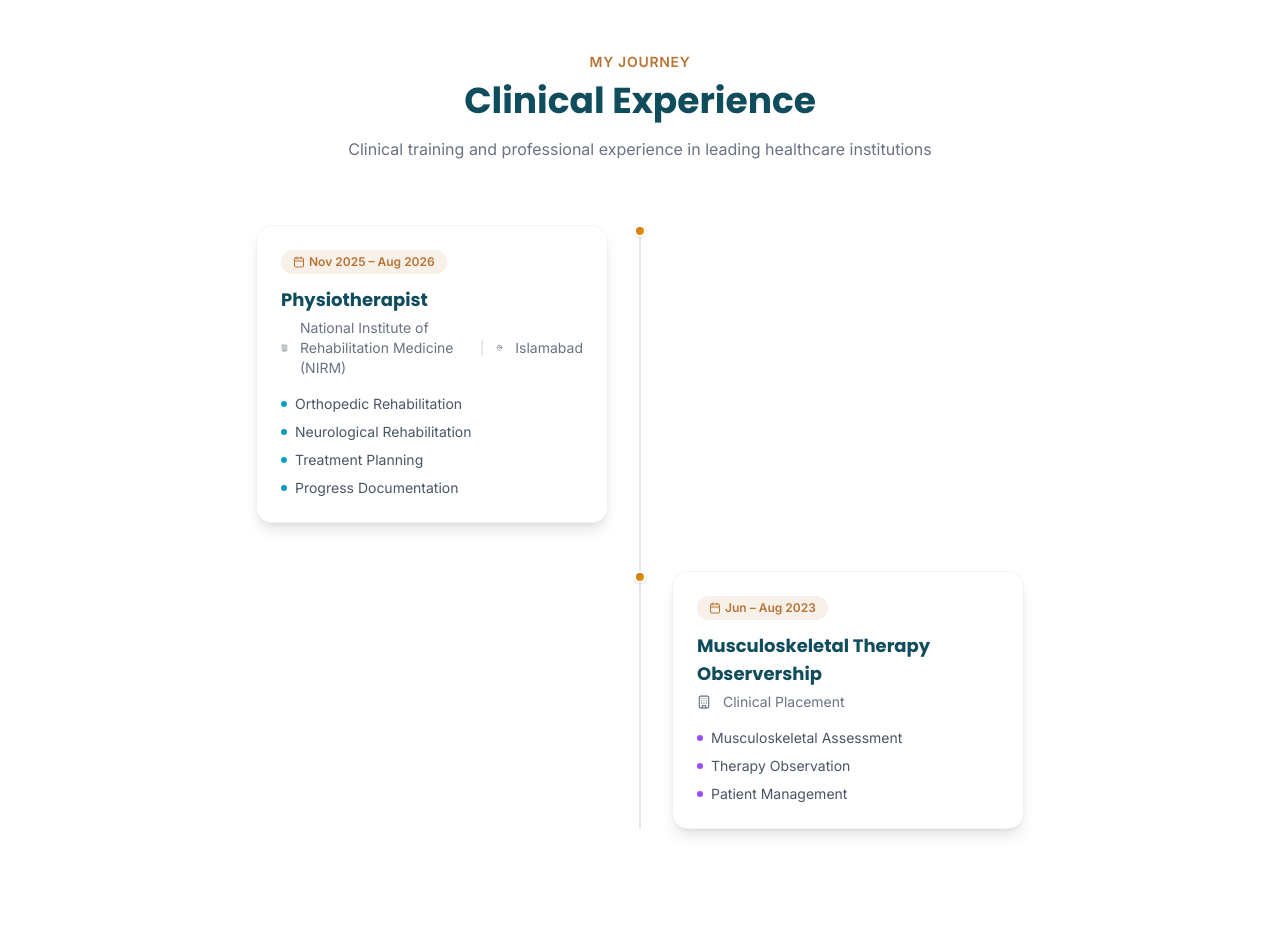
Repository: DaniGull01/dr_ghazala_mushtaq
Page: /
The author's editor kept a copy of each file at every save. The page is drawn from the files as they stood at one save, then again after the next save.
The browser window is 1280 px wide. The pictures show the part of the page from y = 1793 to 2745 px (the page is 12427 px tall before and 12761 px after).
The project was rebuilt for these pictures with package versions that can differ from the ones it lists, and the page was loaded fresh each time. Also part of the build but not shown: vite.config.js.

Above is the page before, as saved 2026-10-21 19:24:58.

### index.html
<!doctype html>
<html lang="en">
  <head>
    <meta charset="UTF-8" />
    <link rel="icon" type="image/svg+xml" href="/vite.svg" />
    <meta name="viewport" content="width=device-width, initial-scale=1.0" />
    <meta name="description" content="Dr. Ghazala Mushtaq - Doctor of Physical Therapy (DPT). Specializing in musculoskeletal, orthopedic, neurological and pediatric rehabilitation." />
    <meta name="keywords" content="physiotherapist, physical therapy, DPT, rehabilitation, Islamabad, Rawalpindi" />
    <link rel="preconnect" href="https://fonts.googleapis.com" />
    <link rel="preconnect" href="https://fonts.gstatic.com" crossorigin />
    <link href="https://fonts.googleapis.com/css2?family=Inter:wght@300;400;500;600;700&family=Poppins:wght@400;500;600;700;800&display=swap" rel="stylesheet" />
    <title>Dr. Ghazala Mushtaq | Doctor of Physical Therapy</title>
  </head>
  <body>
    <div id="root"></div>
    <script type="module" src="/src/main.jsx"></script>
  </body>
</html>

### src/App.jsx
import Navbar from './components/Navbar'
import Hero from './components/Hero'
import About from './components/About'
import Expertise from './components/Expertise'
import Services from './components/Services'
import Experience from './components/Experience'
import Certifications from './components/Certifications'
import Research from './components/Research'
import Skills from './components/Skills'
import Achievements from './components/Achievements'
import WhyChooseMe from './components/WhyChooseMe'
import CTA from './components/CTA'
import Contact from './components/Contact'
import Footer from './components/Footer'
import Reviews from './components/Reviews'

export default function App() {
  return (
    <div className="min-h-screen bg-white">
      <Navbar />
      <Hero />
      <About />
      <Experience />
      <Expertise />
      <Services />

      <Certifications />
      <Research />
      <Skills />
      <Achievements />
      <WhyChooseMe />
       <Reviews/>
      <CTA />
      <Contact />
      <Footer />
    </div>
  )
}

### src/index.css
@import "tailwindcss";

@theme {
  --color-deep-teal: #0F4C5C;
  --color-medical-blue: #2E86AB;
  --color-warm-copper: #B87333;
  --color-light-cream: #F8F5F0;
  --color-soft-gray: #6B7280;

  --font-heading: 'Poppins', sans-serif;
  --font-body: 'Inter', sans-serif;
}

html {
  scroll-behavior: smooth;
}

body {
  font-family: var(--font-body);
  color: #1f2937;
}

::-webkit-scrollbar {
  width: 8px;
}

::-webkit-scrollbar-track {
  background: #f1f1f1;
}

::-webkit-scrollbar-thumb {
  background: var(--color-medical-blue);
  border-radius: 4px;
}

::selection {
  background: var(--color-medical-blue);
  color: white;
}

### src/components/About.jsx
import { motion } from 'framer-motion'
import { Quote } from 'lucide-react'

const fadeUp = {
  hidden: { opacity: 0, y: 40 },
  visible: { opacity: 1, y: 0 },
}

export default function About() {
  return (
    <section id="about" className="py-20 lg:py-28 bg-light-cream">
      <div className="max-w-7xl mx-auto px-4 sm:px-6 lg:px-8">
        <div className="grid lg:grid-cols-2 gap-12 lg:gap-16 items-center">
          {/* Left - Image Placeholder */}
          <motion.div
            initial="hidden"
            whileInView="visible"
            viewport={{ once: true, margin: '-100px' }}
            variants={fadeUp}
            transition={{ duration: 0.6 }}
            className="relative"
          >
            <div className="relative rounded-3xl overflow-hidden shadow-2xl">
              <div className="w-full h-[500px]">
                <img
                  src="./1000512109.jpg"
                  alt="Dr. Ghazala Mushtaq"
                  className="w-full h-full object-contain"
                />
                {/* Gradient overlay */}

              </div>
            </div>
            {/* Decorative elements */}
            <div className="absolute -bottom-4 -right-4 w-24 h-24 border-2 border-warm-copper/30 rounded-2xl -z-10" />
            <div className="absolute -top-4 -left-4 w-24 h-24 bg-warm-copper/10 rounded-2xl -z-10" />
          </motion.div>

          {/* Right - Content */}
          <motion.div
            initial="hidden"
            whileInView="visible"
            viewport={{ once: true, margin: '-100px' }}
            variants={fadeUp}
            transition={{ duration: 0.6, delay: 0.2 }}
          >
            <span className="text-warm-copper font-semibold text-sm tracking-wider uppercase">About Doctor</span>
            <h2 className="text-3xl lg:text-4xl font-heading font-bold text-deep-teal mt-2 mb-6">
              Meet Dr. Ghazala Mushtaq
            </h2>
            <p className="text-gray-600 leading-relaxed mb-6">
             Dr. Ghazala Mushtaq is a Doctor of Physical Therapy (DPT) and Consultant Physiotherapist dedicated to providing patient-centered physiotherapy and rehabilitation services. She focuses on helping individuals improve mobility, manage pain, restore physical function, and enhance their quality of life through individualized rehabilitation plans and evidence-informed clinical care.
            </p>
            <p className="text-gray-600 leading-relaxed mb-8">
              She has professional experience in hospital-based physiotherapy and clinical practice, along with specialized training in dry needling and cupping therapy. Her approach emphasizes appropriate assessment, personalized treatment, patient education, and functional recovery.
            </p>

            <div className="grid grid-cols-2 gap-4">
              {[
                'Musculoskeletal Rehabilitation',
                'Orthopedic Rehabilitation',
                'Pediatric Rehabilitation',
                'Neurological Rehabilitation',
                'Post-Operative Care',
                'Pain Management',
              ].map((item, i) => (
                <motion.div
                  key={item}
                  initial={{ opacity: 0, x: -20 }}
                  whileInView={{ opacity: 1, x: 0 }}
                  viewport={{ once: true }}
                  transition={{ delay: 0.3 + i * 0.1 }}
                  className="flex items-center gap-2 text-gray-700"
                >
                  <div className="w-2 h-2 rounded-full bg-warm-copper flex-shrink-0" />
                  <span className="text-sm">{item}</span>
                </motion.div>
              ))}
            </div>
          </motion.div>
        </div>
      </div>
    </section>
  )
}

### src/components/Experience.jsx
import { motion } from 'framer-motion'
import { MapPin, Calendar, Building } from 'lucide-react'

const experiences = [

  {
    period: 'Nov 2025 – Aug 2026',
    title: 'Physiotherapist',
    org: 'National Institute of Rehabilitation Medicine (NIRM)',
    location: 'Islamabad',
    color: 'from-medical-blue to-cyan-500',
    items: [
      'Orthopedic Rehabilitation',
      'Neurological Rehabilitation',
      'Treatment Planning',
      'Progress Documentation',
    ],
  },

  {
    period: 'Jun – Aug 2023',
    title: 'Musculoskeletal Therapy Observership',
    org: 'Clinical Placement',
    location: '',
    color: 'from-purple-500 to-violet-500',
    items: [
      'Musculoskeletal Assessment',
      'Therapy Observation',
      'Patient Management',
    ],
  },
]

export default function Experience() {
  return (
    <section id="experience" className="py-20 lg:py-28 bg-white">
      <div className="max-w-7xl mx-auto px-4 sm:px-6 lg:px-8">
        <motion.div
          initial={{ opacity: 0, y: 30 }}
          whileInView={{ opacity: 1, y: 0 }}
          viewport={{ once: true }}
          transition={{ duration: 0.6 }}
          className="text-center mb-16"
        >
          <span className="text-warm-copper font-semibold text-sm tracking-wider uppercase">My Journey</span>
          <h2 className="text-3xl lg:text-4xl font-heading font-bold text-deep-teal mt-2">
            Clinical Experience
          </h2>
          <p className="text-gray-500 mt-4 max-w-2xl mx-auto">
            Clinical training and professional experience in leading healthcare institutions
          </p>
        </motion.div>

        <div className="relative max-w-3xl mx-auto">
          {/* Vertical Line */}
          <div className="absolute left-0 md:left-1/2 top-0 bottom-0 w-0.5 bg-gray-200 md:-translate-x-px" />

          {experiences.map((exp, index) => (
            <motion.div
              key={exp.title}
              initial={{ opacity: 0, x: index % 2 === 0 ? -40 : 40 }}
              whileInView={{ opacity: 1, x: 0 }}
              viewport={{ once: true, margin: '-50px' }}
              transition={{ duration: 0.6, delay: index * 0.1 }}
              className={`relative flex flex-col md:flex-row gap-6 md:gap-12 mb-12 last:mb-0 ${
                index % 2 === 0 ? 'md:flex-row' : 'md:flex-row-reverse'
              }`}
            >
              {/* Timeline Dot */}
              <div className="absolute left-[-5px] md:left-1/2 md:-translate-x-1/2 w-3 h-3 rounded-full bg-gradient-to-br from-warm-copper to-amber-500 border-2 border-white shadow z-10" />

              {/* Content Card */}
              <div className={`ml-8 md:ml-0 md:w-1/2 ${index % 2 === 0 ? 'md:pr-8' : 'md:pl-8'}`}>
                <div className="bg-white rounded-2xl p-6 shadow-lg hover:shadow-xl transition-all duration-300 border border-gray-100">
                  <span className="inline-flex items-center gap-1 text-xs font-semibold text-warm-copper bg-warm-copper/10 px-3 py-1 rounded-full mb-3">
                    <Calendar size={12} />
                    {exp.period}
                  </span>
                  <h3 className="text-lg font-heading font-bold text-deep-teal mb-1">{exp.title}</h3>
                  <div className="flex items-center gap-3 text-gray-500 text-sm mb-4">
                    <Building size={14} />
                    <span>{exp.org}</span>
                    {exp.location && (
                      <>
                        <span className="text-gray-300">|</span>
                        <MapPin size={14} />
                        <span>{exp.location}</span>
                      </>
                    )}
                  </div>
                  <ul className="space-y-2">
                    {exp.items.map((item) => (
                      <li key={item} className="flex items-center gap-2 text-gray-600 text-sm">
                        <div className={`w-1.5 h-1.5 rounded-full bg-gradient-to-br ${exp.color} flex-shrink-0`} />
                        {item}
                      </li>
                    ))}
                  </ul>
                </div>
              </div>
            </motion.div>
          ))}
        </div>
      </div>
    </section>
  )
}

### src/components/Skills.jsx
import { motion } from 'framer-motion'
import { useInView } from 'framer-motion'
import { useRef } from 'react'

const skills = [
  { name: 'Patient Assessment', level: 95 },
  { name: 'Manual Therapy', level: 92 },
  { name: 'Musculoskeletal Rehabilitation', level: 93 },
  { name: 'Orthopedic Rehabilitation', level: 90 },
  { name: 'Neurological Rehabilitation', level: 85 },
  { name: 'Dry Needling', level: 88 },
  { name: 'Cupping Therapy', level: 90 },
  { name: 'Electrotherapy', level: 87 },
  { name: 'Pain Management', level: 91 },
  { name: 'Documentation & Reporting', level: 89 },
]

function SkillBar({ name, level, index }) {
  const ref = useRef(null)
  const isInView = useInView(ref, { once: true, margin: '-50px' })

  return (
    <div ref={ref} className="space-y-2">
      <div className="flex justify-between items-center">
        <span className="text-sm font-medium text-gray-700">{name}</span>
        <span className="text-xs font-bold text-medical-blue">{level}%</span>
      </div>
      <div className="w-full h-2.5 bg-gray-100 rounded-full overflow-hidden">
        <motion.div
          initial={{ width: 0 }}
          animate={isInView ? { width: `${level}%` } : { width: 0 }}
          transition={{ duration: 1, delay: index * 0.1, ease: 'easeOut' }}
          className="h-full rounded-full bg-gradient-to-r from-medical-blue to-deep-teal"
        />
      </div>
    </div>
  )
}

export default function Skills() {
  return (
    <section id="skills" className="py-20 lg:py-28 bg-light-cream">
      <div className="max-w-7xl mx-auto px-4 sm:px-6 lg:px-8">
        <motion.div
          initial={{ opacity: 0, y: 30 }}
          whileInView={{ opacity: 1, y: 0 }}
          viewport={{ once: true }}
          transition={{ duration: 0.6 }}
          className="text-center mb-16"
        >
          <span className="text-warm-copper font-semibold text-sm tracking-wider uppercase">Proficiencies</span>
          <h2 className="text-3xl lg:text-4xl font-heading font-bold text-deep-teal mt-2">
            Professional Skills
          </h2>
          <p className="text-gray-500 mt-4 max-w-2xl mx-auto">
            Clinical competencies developed through rigorous training and practice
          </p>
        </motion.div>

        <div className="grid lg:grid-cols-5 gap-8 items-center max-w-5xl mx-auto">
          {/* Skills Bars */}
          <div className="lg:col-span-3">
            <div className="grid sm:grid-cols-2 gap-x-12 gap-y-6">
              {skills.map((skill, index) => (
                <SkillBar key={skill.name} name={skill.name} level={skill.level} index={index} />
              ))}
            </div>
          </div>

          {/* Image */}
          <motion.div
            initial={{ opacity: 0, x: 30 }}
            whileInView={{ opacity: 1, x: 0 }}
            viewport={{ once: true }}
            transition={{ duration: 0.6, delay: 0.3 }}
            className="lg:col-span-2"
          >
            <div className="relative rounded-3xl overflow-hidden shadow-xl">
              <img
                src="https://images.unsplash.com/photo-1579684385127-1ef15d508118?w=500&q=80"
                alt="Physiotherapy practice"
                className="w-full h-72 lg:h-96 object-cover"
                loading="lazy"
              />
              <div className="absolute inset-0 bg-gradient-to-t from-deep-teal/50 via-transparent to-transparent" />
              <div className="absolute bottom-6 left-6 right-6">
                <p className="text-white font-heading font-semibold text-lg">Comprehensive Care</p>
                <p className="text-white/80 text-sm">Evidence-based techniques for every condition</p>
              </div>
            </div>
          </motion.div>
        </div>
      </div>
    </section>
  )
}

### src/components/CTA.jsx
import { motion } from 'framer-motion'
import { Calendar, MessageCircle } from 'lucide-react'

export default function CTA() {
  return (
    <section className="relative py-24 lg:py-32 overflow-hidden">
      {/* Background */}
      <div className="absolute inset-0 bg-gradient-to-br from-deep-teal via-deep-teal to-medical-blue" />

      {/* Medical Background Image */}
      <div
        className="absolute inset-0 opacity-10"
        style={{
          backgroundImage: "url('https://images.unsplash.com/photo-1576091160399-112ba8d25d1d?w=1920&q=80')",
          backgroundSize: 'cover',
          backgroundPosition: 'center',
        }}
      />

      {/* Abstract Medical Shapes */}
      <div className="absolute inset-0 opacity-10">
        <div className="absolute top-10 left-10 w-64 h-64 border border-white/30 rounded-full" />
        <div className="absolute bottom-10 right-10 w-80 h-80 border border-white/20 rounded-full" />
        <div className="absolute top-1/2 left-1/2 -translate-x-1/2 -translate-y-1/2 w-96 h-96 border border-white/10 rounded-full" />
        <div className="absolute top-20 right-20 w-48 h-48 bg-white/10 rounded-full blur-3xl" />
        <div className="absolute bottom-20 left-20 w-56 h-56 bg-warm-copper/20 rounded-full blur-3xl" />
        {/* Cross/plus medical symbols */}
        <div className="absolute top-1/4 left-1/4 text-white/20 text-6xl font-light">+</div>
        <div className="absolute bottom-1/4 right-1/4 text-white/20 text-6xl font-light">+</div>
      </div>

      <div className="relative max-w-4xl mx-auto px-4 sm:px-6 lg:px-8 text-center">
        <motion.div
          initial={{ opacity: 0, y: 30 }}
          whileInView={{ opacity: 1, y: 0 }}
          viewport={{ once: true }}
          transition={{ duration: 0.6 }}
        >
          <h2 className="text-3xl sm:text-4xl lg:text-5xl font-heading font-bold text-white mb-6 leading-tight">
            Start Your Recovery Journey Today
          </h2>
          <p className="text-gray-200 text-lg max-w-2xl mx-auto mb-10 leading-relaxed">
            Take the first step toward a pain-free, active lifestyle. Book your consultation now and experience personalized physiotherapy care.
          </p>
          <div className="flex flex-wrap justify-center gap-4">
            <a
              href="#contact"
              className="inline-flex items-center gap-2 bg-warm-copper hover:bg-warm-copper/90 text-white px-8 py-3.5 rounded-full font-semibold text-base transition-all hover:shadow-xl hover:shadow-warm-copper/30"
            >
              <Calendar size={18} />
              Book Appointment
            </a>
            <a
              href="https://wa.me/923188910400"
              target="_blank"
              rel="noopener noreferrer"
              className="inline-flex items-center gap-2 bg-white/10 hover:bg-white/20 text-white px-8 py-3.5 rounded-full font-semibold text-base transition-all border border-white/30"
            >
              <MessageCircle size={18} />
              WhatsApp Consultation
            </a>
          </div>
        </motion.div>
      </div>
    </section>
  )
}

### src/components/Reviews.jsx
import { motion } from 'framer-motion'
import ReviewsList from './ReviewsList'
import ReviewForm from './ReviewForm'

export default function Reviews() {
  return (
    <section id="reviews" className="py-20 lg:py-28 bg-light-cream">
      <div className="max-w-7xl mx-auto px-4 sm:px-6 lg:px-8">
        <motion.div
          initial={{ opacity: 0, y: 30 }}
          whileInView={{ opacity: 1, y: 0 }}
          viewport={{ once: true }}
          transition={{ duration: 0.6 }}
          className="text-center mb-16"
        >
          <span className="text-warm-copper font-semibold text-sm tracking-wider uppercase">
            Patient Feedback
          </span>
          <h2 className="text-3xl lg:text-4xl font-heading font-bold text-deep-teal mt-2">
            What Patients Say
          </h2>
          <p className="text-gray-500 mt-4 max-w-2xl mx-auto">
            Real experiences from people who've completed treatment
          </p>
        </motion.div>

        <div className="grid lg:grid-cols-5 gap-8 items-start">
          {/* Reviews take more visual weight — social proof first */}
          <div className="lg:col-span-3">
            <ReviewsList />
          </div>
          <div className="lg:col-span-2 lg:sticky lg:top-24">
            <ReviewForm />
          </div>
        </div>
      </div>
    </section>
  )
}

Loaded but not shown: src/main.jsx (common file); src/components/Contact.jsx (258 lines, source omitted); src/components/Services.jsx (236 lines, source omitted); src/components/ReviewsList.jsx (208 lines, source omitted); src/components/ReviewForm.jsx (196 lines, source omitted); src/components/Hero.jsx (137 lines, source omitted); src/components/Navbar.jsx (142 lines, source omitted); src/components/Expertise.jsx (134 lines, source omitted); src/components/Achievements.jsx (101 lines, source omitted); src/components/Footer.jsx (106 lines, source omitted); src/components/Certifications.jsx (111 lines, source omitted); src/components/Research.jsx (82 lines, source omitted); src/components/WhyChooseMe.jsx (90 lines, source omitted)

After the next save:
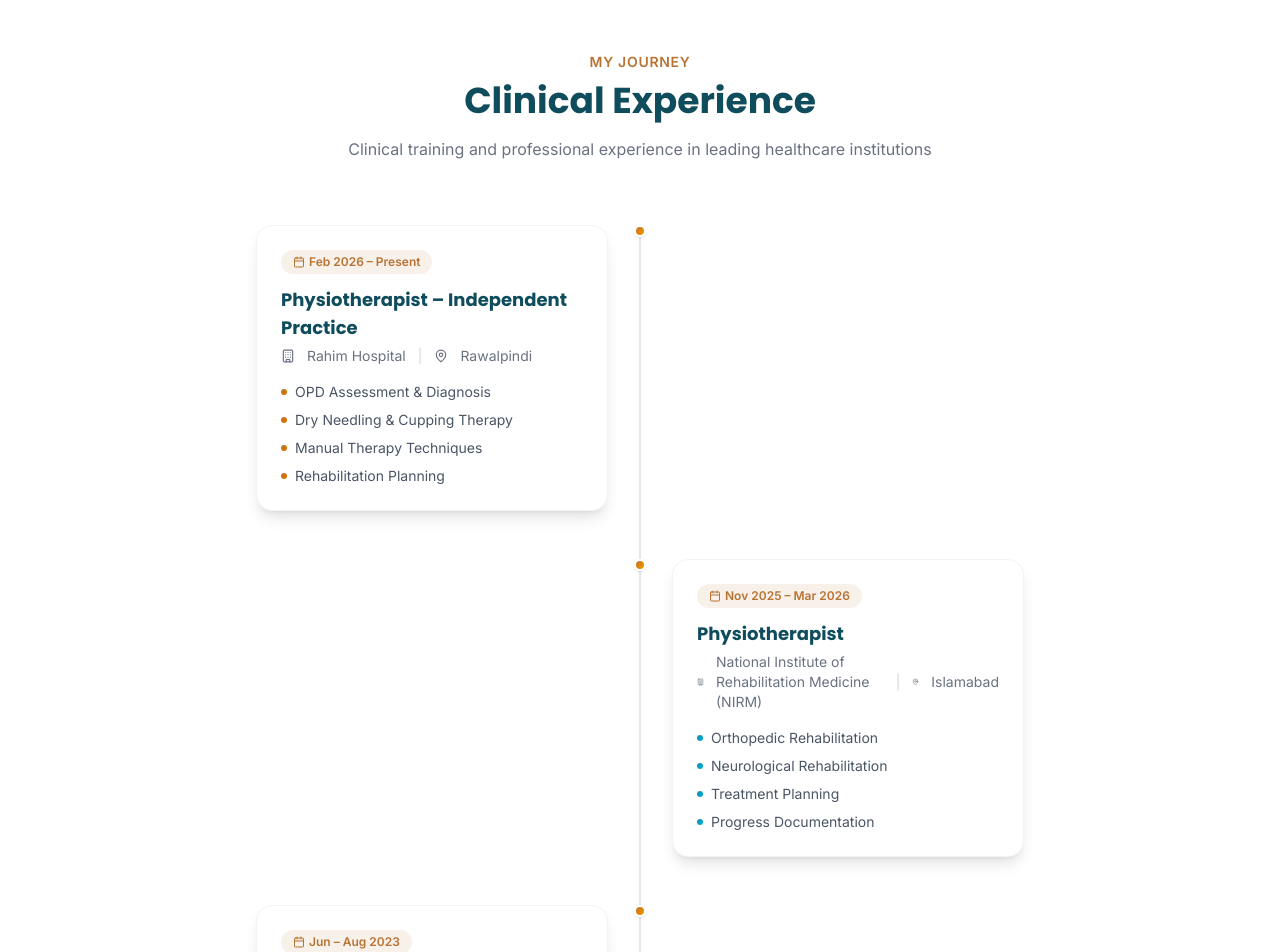
Saved 3 min 14 s later.
--- a/src/components/Experience.jsx
+++ b/src/components/Experience.jsx
@@ -2,9 +2,21 @@ import { motion } from 'framer-motion'
 import { MapPin, Calendar, Building } from 'lucide-react'
 
 const experiences = [
-
   {
-    period: 'Nov 2025 – Aug 2026',
+    period: 'Feb 2026 – Present',
+    title: 'Physiotherapist – Independent Practice',
+    org: 'Rahim Hospital',
+    location: 'Rawalpindi',
+    color: 'from-warm-copper to-amber-600',
+    items: [
+      'OPD Assessment & Diagnosis',
+      'Dry Needling & Cupping Therapy',
+      'Manual Therapy Techniques',
+      'Rehabilitation Planning',
+    ],
+  },
+  {
+    period: 'Nov 2025 – Mar 2026',
     title: 'Physiotherapist',
     org: 'National Institute of Rehabilitation Medicine (NIRM)',
     location: 'Islamabad',
